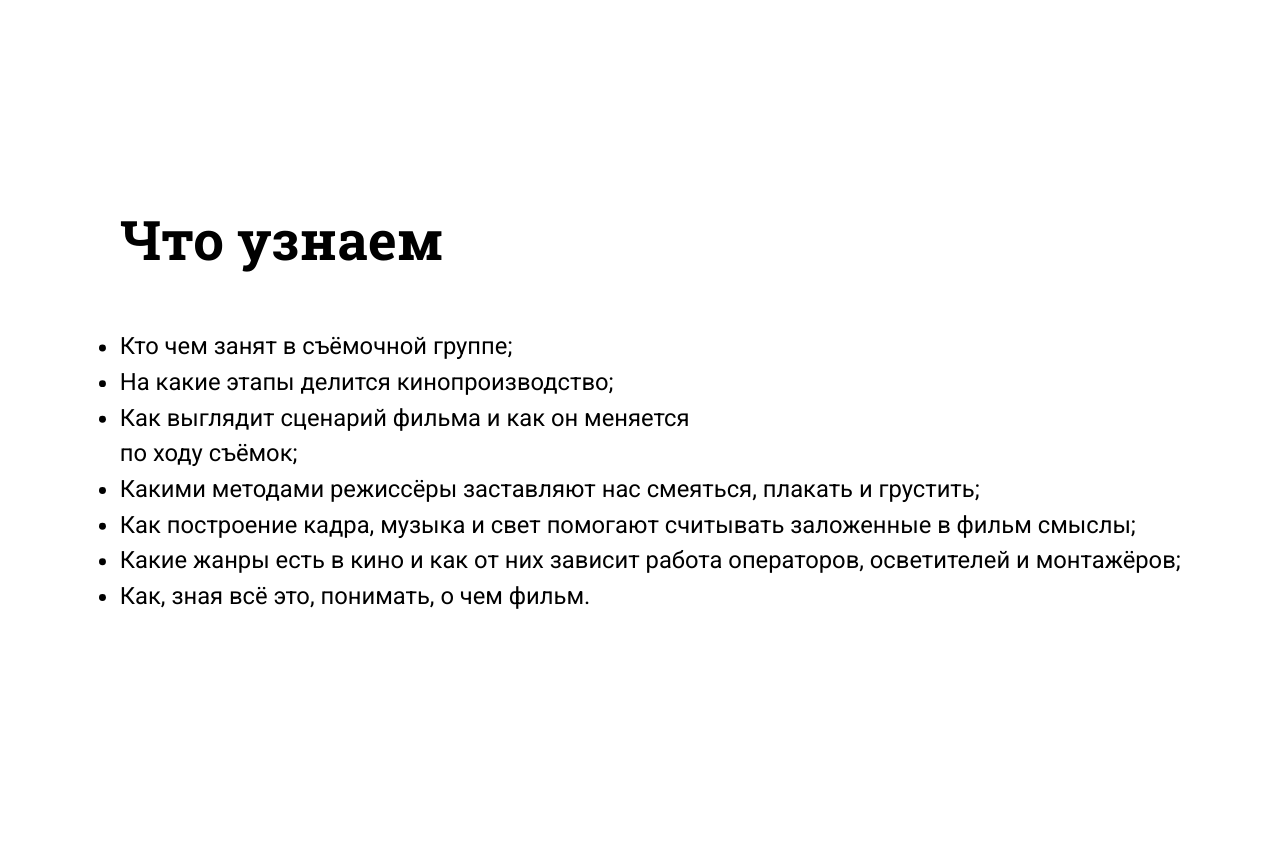
Repository: AytacSafarova/Figma--task
Page: index.html
The author's editor kept a copy of each file at every save. The page is drawn from the files as they stood at one save, then again after the next save.
The browser window is 1280 px wide. The pictures show the whole page, at 99% of full size.

Above is the page before, as saved 2023-08-02 13:58:00.
Console error: ReferenceError: camelcase is not defined

After the next save:
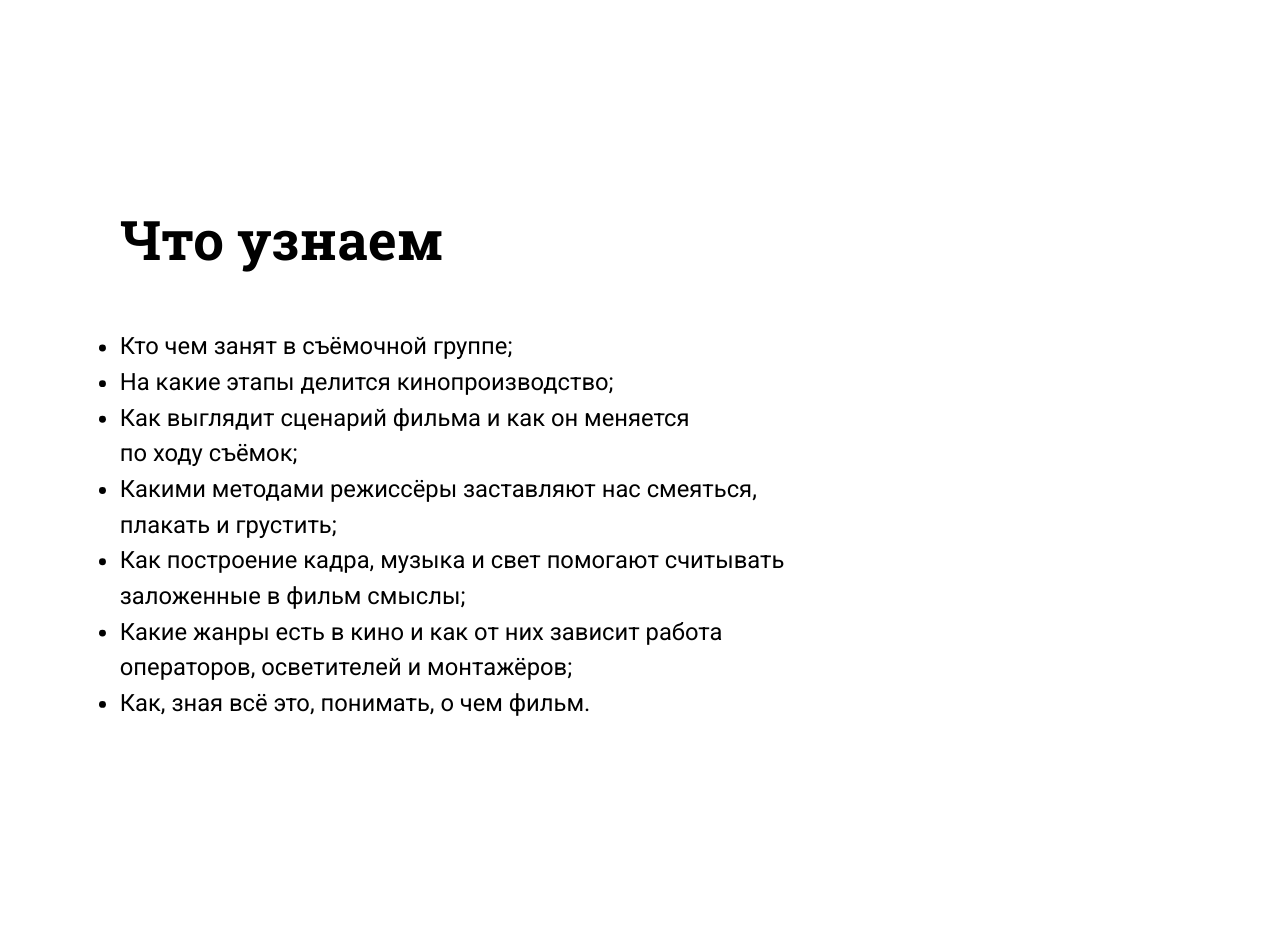
Saved 59 s later.
--- a/index.css
+++ b/index.css
@@ -17,6 +17,7 @@
 }
 .container ul {
   margin-top: 62px;
+  width: 672px;
 }
 .container ul li {
   color: #000;
